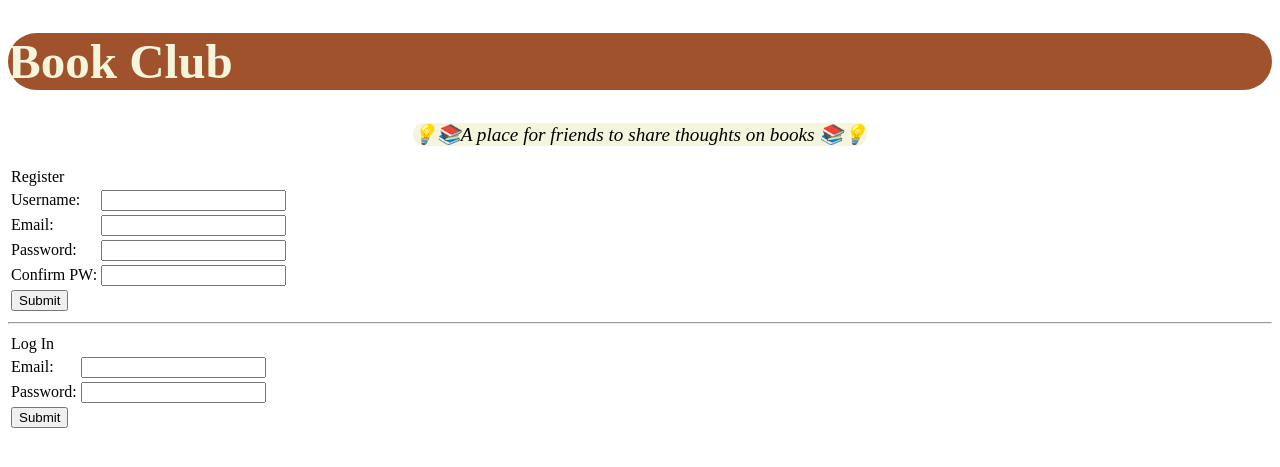
Repository: IlyessMou/Group
Page: http://localhost/quizzapp/WEB-INF/index.jsp
An editor plug-in stored every save of this project. The page is shown before and after the next save, followed by the edit.
The browser window is 1280 px wide. The pictures show the whole page.
The page is served by Tomcat 10. Nobody is signed in. Other server files are loaded and not shown. The template is opened directly, without the code that normally fills it, so the values that code supplies are empty.

Above is the page before, as saved 2024-12-02 15:58:41.

### quizzapp/src/main/webapp/WEB-INF/index.jsp
<%@ page language="java" contentType="text/html; charset=UTF-8"
    pageEncoding="UTF-8"%>
<%@ page isErrorPage="true" %>
<%@ taglib uri="http://java.sun.com/jsp/jstl/fmt" prefix="fmt"  %>
<%@ taglib prefix="form" uri="http://www.springframework.org/tags/form"%>
<%@ taglib prefix = "c" uri = "http://java.sun.com/jsp/jstl/core" %>

<!DOCTYPE html>
<html>
<head>
<title>Login and Registration</title>
</head>
<body>

<h1 style="color: beige;font-family: serif;font-size: 49px;background-color: sienna;border-radius: 100px;">Book Club</h1>
<p style="justify-self: center;font-style: italic; font-size: larger;background-color: beige;border-radius: 100px;font-family: cursive;">💡📚A place for friends to share thoughts on books 📚💡</p>
<form:form action="/register" method="post" modelAttribute="newUser">

	<table>
		<thead>
	    	<tr>
	            <td colspan="2">Register</td>
	        </tr>
	    </thead>
	    <thead>
	    	<tr>
	            <td class="float-left"> Username:</td>
	            <td class="float-left">
	            	<form:errors path="username" class="error"/>
					<form:input class="input" path="username"/>
	            </td>
	        </tr>
	        <tr>
	            <td class="float-left">Email:</td>
	            <td class="float-left">
	            	<form:errors path="email" class="error"/>
					<form:input class="input" path="email"/>
	            </td>
	        </tr>
	        <tr>
	            <td class="float-left">Password:</td>
	            <td class="float-left">
	            	<form:errors path="password" class="error"/>
					<form:input class="input" path="password" type="password"/>
	            </td>
	        </tr>
	        <tr>
	            <td class="float-left">Confirm PW:</td>
	            <td class="float-left">
	            	<form:errors path="confirm" class="error"/>
					<form:input class="input" path="confirm" type="password"/>
	            </td>
	        </tr>
	        <tr>
	        	<td colspan=2><input class="input" type="submit" value="Submit" id="button"/></td>
	        </tr>
	    </thead>
	</table>
</form:form>
<hr>
<form:form action="/login" method="post" modelAttribute="newLogin">

	<table>
		<thead>
	    	<tr>
	            <td colspan="2">Log In</td>
	        </tr>
	    </thead>
	    <thead>
	        <tr>
	            <td class="float-left">Email:</td>
	            <td class="float-left">
	            	<form:errors path="email" class="error"/>
					<form:input class="input" path="email"/>
	            </td>
	        </tr>
	        <tr>
	            <td class="float-left">Password:</td>
	            <td class="float-left">
	            	<form:errors path="password" class="error"/>
					<form:input class="input" path="password" type="password"/>
	            </td>
	        </tr>
	        <tr>
	        	<td colspan=2><input class="input" type="submit" value="Submit" id="button"/></td>
	        </tr>
	    </thead>
	</table>
</form:form>
</body>
</html>

After the next save:
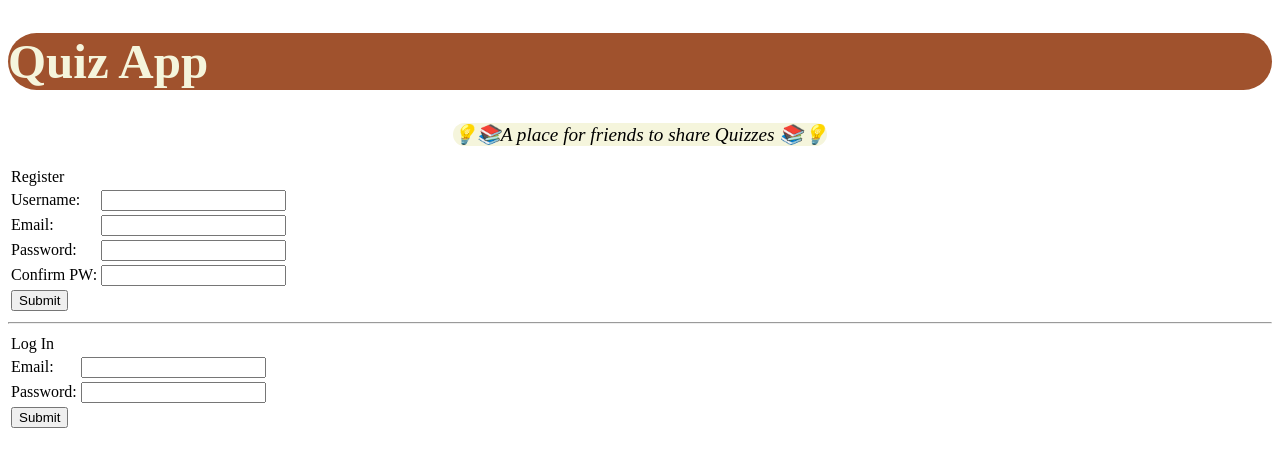
Saved 9 min 31 s later.
--- a/quizzapp/src/main/webapp/WEB-INF/index.jsp
+++ b/quizzapp/src/main/webapp/WEB-INF/index.jsp
@@ -12,8 +12,8 @@
 </head>
 <body>
 
-<h1 style="color: beige;font-family: serif;font-size: 49px;background-color: sienna;border-radius: 100px;">Book Club</h1>
-<p style="justify-self: center;font-style: italic; font-size: larger;background-color: beige;border-radius: 100px;font-family: cursive;">💡📚A place for friends to share thoughts on books 📚💡</p>
+<h1 style="color: beige;font-family: serif;font-size: 49px;background-color: sienna;border-radius: 100px;">Quiz App</h1>
+<p style="justify-self: center;font-style: italic; font-size: larger;background-color: beige;border-radius: 100px;font-family: cursive;">💡📚A place for friends to share Quizzes 📚💡</p>
 <form:form action="/register" method="post" modelAttribute="newUser">
 
 	<table>
